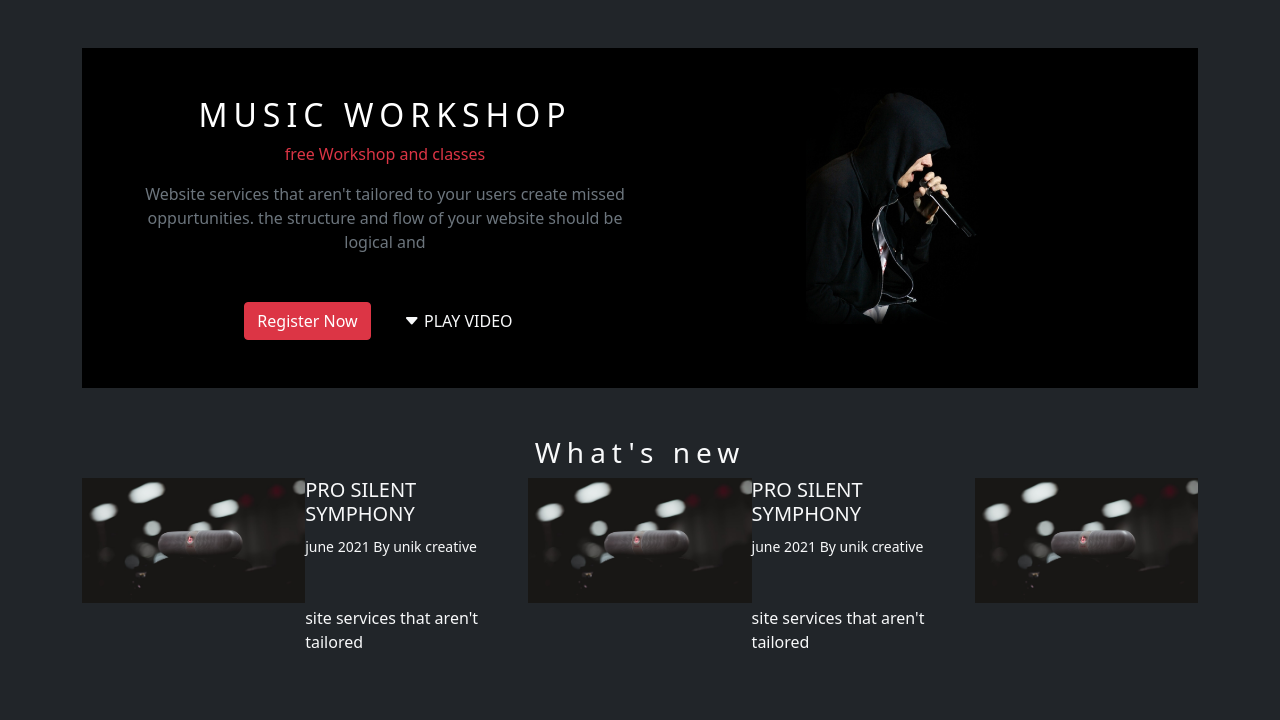
Repository: Eugene44-hub/music-workshop-site
Page: index.html
These files come from the project's save history. The page is drawn as it stood at one moment and after the next save; the edit follows.
The browser window is 1280 px wide. The pictures show the whole page.
Some web libraries are served in a nearby version.

Above is the page before, as saved 2021-10-22 17:08:04.

### index.html
<!DOCTYPE html>
<html lang="en">

<head>
    <meta charset="UTF-8">
    <meta http-equiv="X-UA-Compatible" content="IE=edge">
    <meta name="viewport" content="width=device-width, initial-scale=1.0">
    <title>Document</title>
    <link rel="stylesheet" href="style.css">
    <!-- CSS only -->
    <link href="https://cdn.jsdelivr.net/npm/bootstrap@5.1.3/dist/css/bootstrap.min.css" rel="stylesheet" integrity="sha384-1BmE4kWBq78iYhFldvKuhfTAU6auU8tT94WrHftjDbrCEXSU1oBoqyl2QvZ6jIW3" crossorigin="anonymous">
    <link rel="stylesheet" href="https://cdn.jsdelivr.net/npm/bootstrap-icons@1.6.1/font/bootstrap-icons.css">
</head>

<body class="bg-dark p-md-5 p-3">
    <!-- registeration starts  -->
    <section id="registration">
        <div class="container">
            <div class="d-lg-flex text-white bg-black align-items-center" id="regImg">
                <div id="regText" class="col-md text-center p-5">
                    <h2 id="musicheader" class="text-uppercase fs-2">
                        music workshop </h2>
                    <p class="text-danger"> free Workshop and classes</p>
                    <p class="text-secondary">Website services that aren't tailored to your users create missed oppurtunities. the structure and flow of your website should be logical and</p>
                    <div class="mt-5">
                        <button class="btn btn-danger mx-2">Register Now</button>
                        <button class="btn text-light mx-2"><i class="bi bi-caret-down-fill"></i> PLAY VIDEO</button>
                    </div>
                </div>
                <div class="col-md"> <img src="images/eminem.jpg" alt="" class="img-fluid"></div>

            </div>
        </div>
    </section>
    <!-- registeration ends  -->

    <!-- whats new starts -->
    <section class="text-light">
        <div class="container">
            <h2 id="new" class='text-center text-light fs-3 mt-5'>What's new</h2>
            <div class="d-lg-flex  align-items-stretch">
                <div class="col-md">
                    <img src="images/speaker.jpg" class="img-fluid" alt="">
                </div>
                <div class="col-md">
                    <h4 class="lead">
                        PRO SILENT <br> SYMPHONY
                    </h4>
                    <small>june 2021 By unik creative</small>
                    <p class="mt-5">site services that aren't tailored</p>
                </div>
                <div class="col-md">
                    <img src="images/speaker.jpg" class="img-fluid" alt="">
                </div>
                <div class="col-md">
                    <h4 class="lead">
                        PRO SILENT <br> SYMPHONY
                    </h4>
                    <small>june 2021 By unik creative</small>
                    <p class="mt-5">site services that aren't tailored</p>
                </div>
                <div class="col-md">
                    <img src="images/speaker.jpg" class="img-fluid" alt="">
                </div>
            </div>
        </div>

    </section>
    <!-- whats new ends -->
</body>
<!-- JavaScript Bundle with Popper -->
<script src="https://cdn.jsdelivr.net/npm/bootstrap@5.1.3/dist/js/bootstrap.bundle.min.js" integrity="sha384-ka7Sk0Gln4gmtz2MlQnikT1wXgYsOg+OMhuP+IlRH9sENBO0LRn5q+8nbTov4+1p" crossorigin="anonymous"></script>

</html>

### style.css
#musicheader,
#new {
    letter-spacing: 6px
}


/* #regImg {
    background-image: url('images/eminem.jpg');
    background-repeat: no-repeat;
    background-position-x: left;
    background-position-y: top;
    background-size: auto;
    background-size: cover;
} */

After the next save:
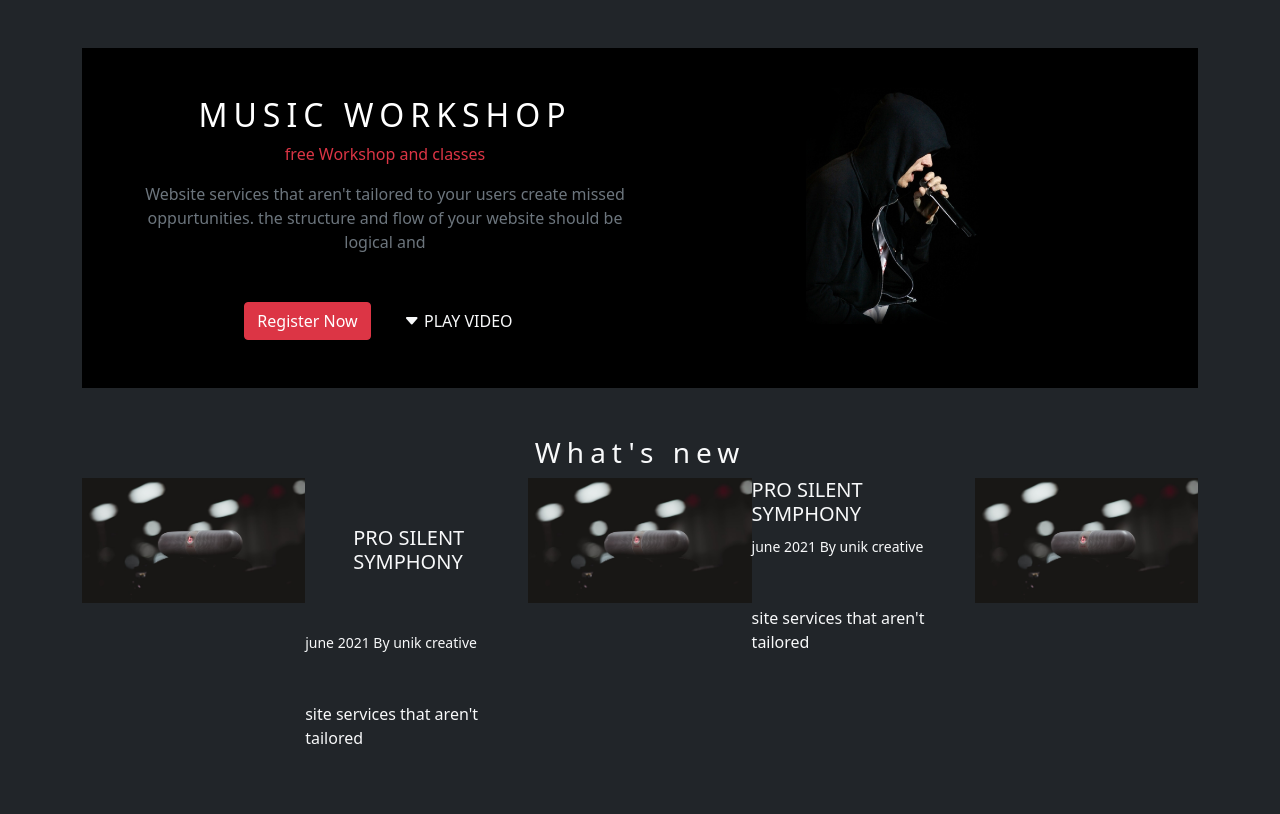
Saved 54 s later.
--- a/index.html
+++ b/index.html
@@ -43,7 +43,7 @@
                     <img src="images/speaker.jpg" class="img-fluid" alt="">
                 </div>
                 <div class="col-md">
-                    <h4 class="lead">
+                    <h4 class="lead p-5">
                         PRO SILENT <br> SYMPHONY
                     </h4>
                     <small>june 2021 By unik creative</small>
